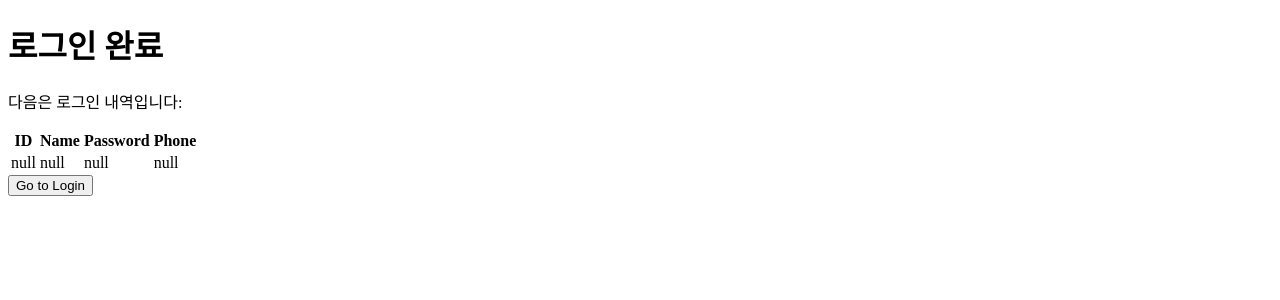
Repository: i-kemen/jsp
Page: http://localhost/WebTest/loginResult.jsp
An editor plug-in stored every save of this project. The page is shown before and after the next save, followed by the edit.
The browser window is 1280 px wide. The pictures show the whole page.
The page is served by Tomcat 10.

Above is the page before, as saved 2023-06-22 10:11:02.

After the next save:
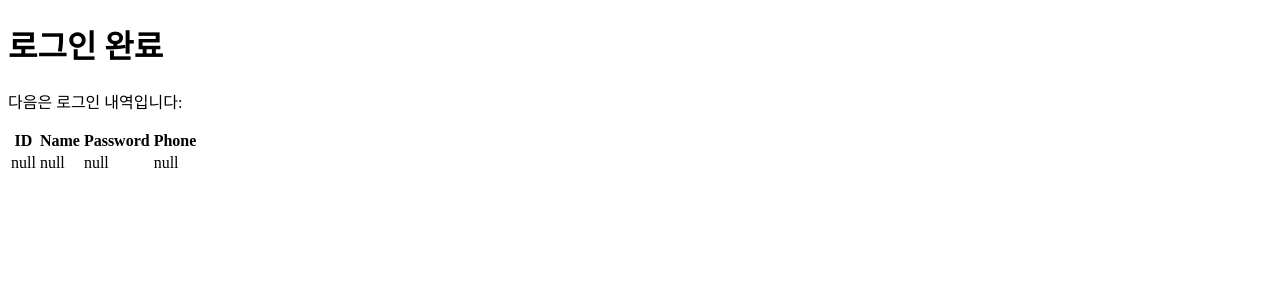
Saved 14 min 20 s later.
--- a/WebTest/src/main/webapp/loginResult.jsp
+++ b/WebTest/src/main/webapp/loginResult.jsp
@@ -22,13 +22,7 @@
             <td><%= request.getParameter("phone") %></td>
         </tr>
     </table>
-    <script>
-    function goToLoginPage() {
-        location.href = "login.html";
-    }
-</script>
 
-<button onclick="goToLoginPage()">Go to Login</button>
 
 
 </body>
